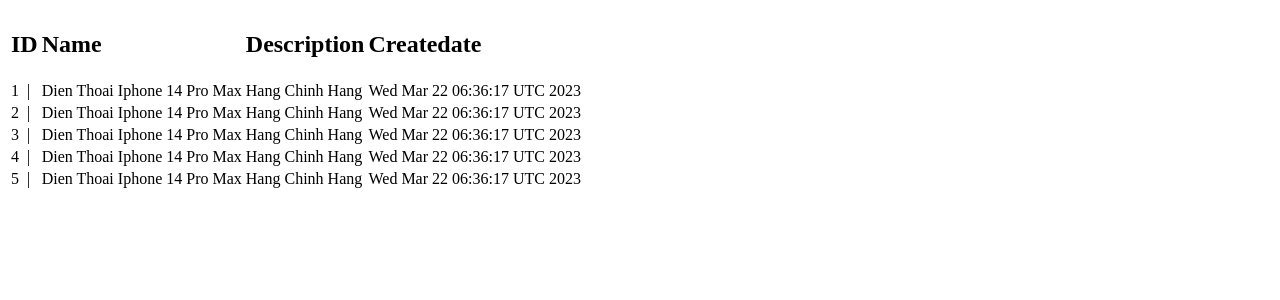
Repository: saiyagodvp/_java4
Page: http://localhost/slide4/product
These files come from the project's save history. The page is drawn as it stood at one moment and after the next save; the edit follows.
The browser window is 1280 px wide. The pictures show the whole page.
The page is served by Tomcat 9. Other server files are loaded and not shown.

Above is the page before, as saved 2023-03-24 10:54:56.

### slide4/src/main/webapp/product/list.jsp
<%@page import="org.apache.jasper.tagplugins.jstl.core.ForEach"%>
<%@ page language="java" contentType="text/html; charset=UTF-8"
	pageEncoding="UTF-8"%>

<%@page import="java.util.List"%>
<%@page import="model.Product "%>
<%@taglib uri="http://java.sun.com/jsp/jstl/core" prefix="c"%>
<!DOCTYPE html>
<html>
<head>
<meta charset="UTF-8">
<title>Insert title here</title>
</head>
<body>
	<%-- <%
		List<Product> products = (List<Product>) request.getAttribute("listproducts");
		for (Product p : products){
			response.getWriter().print(p.getName());
		}
	%> --%>

	<!-- &nbsp -->

	<table>
		<thead>
			<td><h2>ID</h2></td>
			<td><h2>Name</h2></td>
			<td><h2>Description</h2></td>
			<td><h2>Createdate</h2></td>
		</thead>
		<tbody>
			<c:forEach items="${listProducts}" var="p">
				<tr>
					<td>${p.id}&nbsp |</td>
					<td>${p.name}</td>
					<td>${p.description}</td>
					<td>${p.createdate}</td>
				</tr>
			</c:forEach>
		</tbody>
	</table>
</body>
</html>

### slide4/src/main/java/controller/ProductController.java
package controller;

import java.io.IOException;
import java.util.ArrayList;
import java.util.Date;
import java.util.List;
import model.Product;
import javax.servlet.ServletException;
import javax.servlet.annotation.WebServlet;
import javax.servlet.http.HttpServlet;
import javax.servlet.http.HttpServletRequest;
import javax.servlet.http.HttpServletResponse;


@WebServlet("/product")
public class ProductController extends HttpServlet {
	private static final long serialVersionUID = 1L;

	public ProductController() {
		super();
		// TODO Auto-generated constructor stub
	}

	protected void doGet(HttpServletRequest request, HttpServletResponse response)
			throws ServletException, IOException {
		List<Product> p = new ArrayList<>();
		p.add(new Product(1, "Dien Thoai Iphone 14 Pro Max", "Hang Chinh Hang", new Date()));
		p.add(new Product(2, "Dien Thoai Iphone 14 Pro Max", "Hang Chinh Hang", new Date()));
		p.add(new Product(3, "Dien Thoai Iphone 14 Pro Max", "Hang Chinh Hang", new Date()));
		p.add(new Product(4, "Dien Thoai Iphone 14 Pro Max", "Hang Chinh Hang", new Date()));
		p.add(new Product(5, "Dien Thoai Iphone 14 Pro Max", "Hang Chinh Hang", new Date()));
		request.setAttribute("listProducts", p);
		request.getRequestDispatcher("/product/list.jsp").forward(request, response);
	}

	protected void doPost(HttpServletRequest request, HttpServletResponse response)
			throws ServletException, IOException {

	}

}

### slide4/src/main/java/model/Product.java
package model;

import java.util.Date;

public class Product {
	private int id;
	private String name;
	private String description;
	private Date createdate;

	public Product() {
		super();
	}

	public Product(int id, String name, String description, Date createdate) {
		super();
		this.id = id;
		this.name = name;
		this.description = description;
		this.createdate = createdate;
	}

	public int getId() {
		return id;
	}

	public void setId(int id) {
		this.id = id;
	}

	public String getName() {
		return name;
	}

	public void setName(String name) {
		this.name = name;
	}

	public String getDescription() {
		return description;
	}

	public void setDescription(String description) {
		this.description = description;
	}

	public Date getCreatedate() {
		return createdate;
	}

	public void setCreatedate(Date createdate) {
		this.createdate = createdate;
	}

}

After the next save:
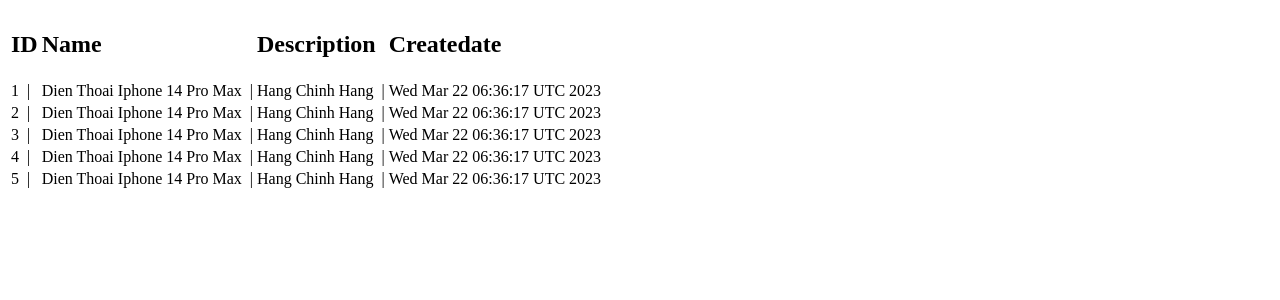
Saved 11 s later.
--- a/slide4/src/main/webapp/product/list.jsp
+++ b/slide4/src/main/webapp/product/list.jsp
@@ -32,8 +32,8 @@
 			<c:forEach items="${listProducts}" var="p">
 				<tr>
 					<td>${p.id}&nbsp |</td>
-					<td>${p.name}</td>
-					<td>${p.description}</td>
+					<td>${p.name}&nbsp |</td>
+					<td>${p.description}&nbsp |</td>
 					<td>${p.createdate}</td>
 				</tr>
 			</c:forEach>
